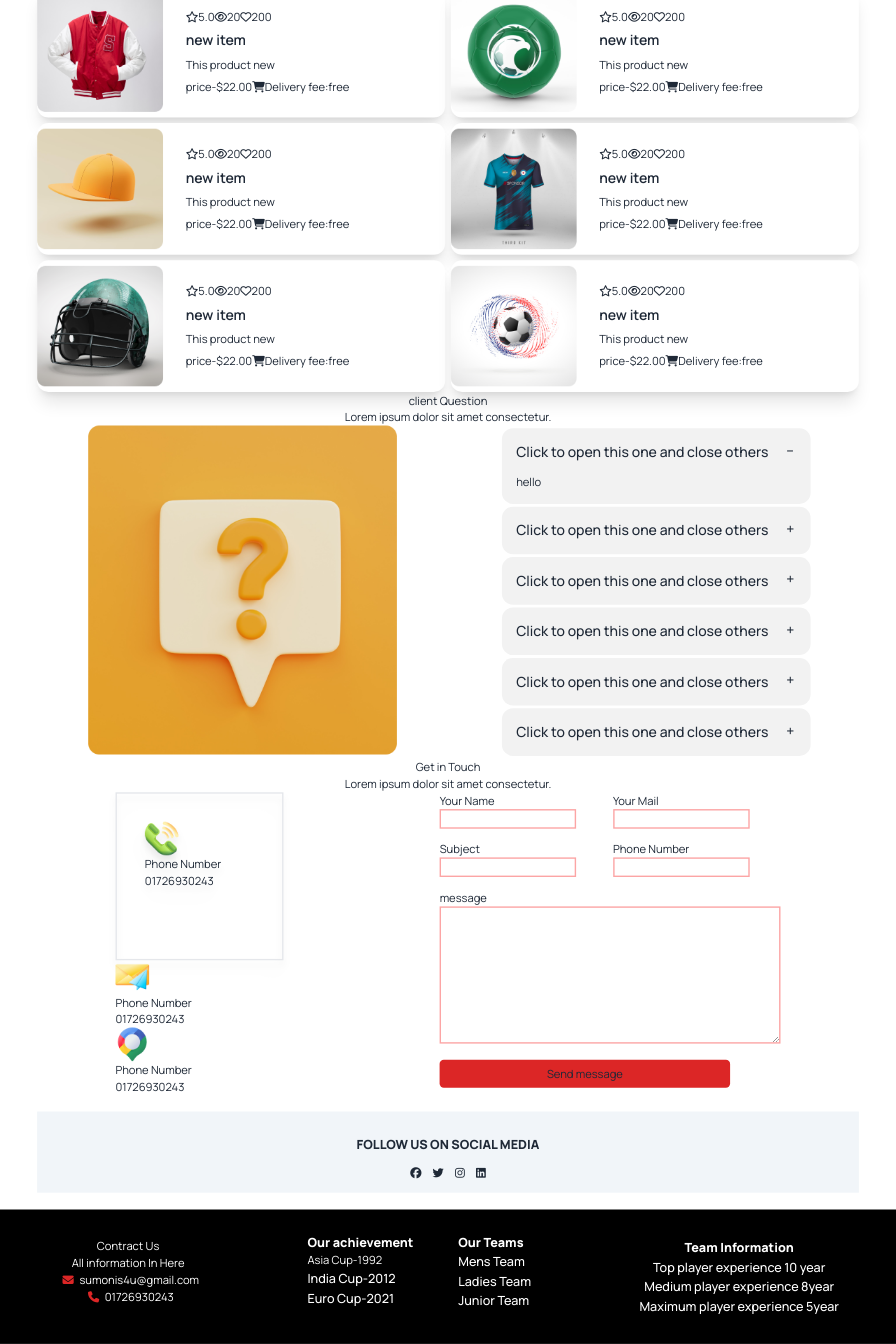
Repository: sumonkumarsarkar/bd-hockeys-team
Page: index.html
These files come from the project's save history. The page is drawn as it stood at one moment and after the next save; the edit follows.
The browser window is 1280 px wide. The pictures show the part of the page from y = 1977 to 3897 px (the page is 3897 px tall), at 70% of full size.
Some web libraries are served in a nearby version.

Above is the page before, as saved 2024-01-24 17:03:54.

After the next save:
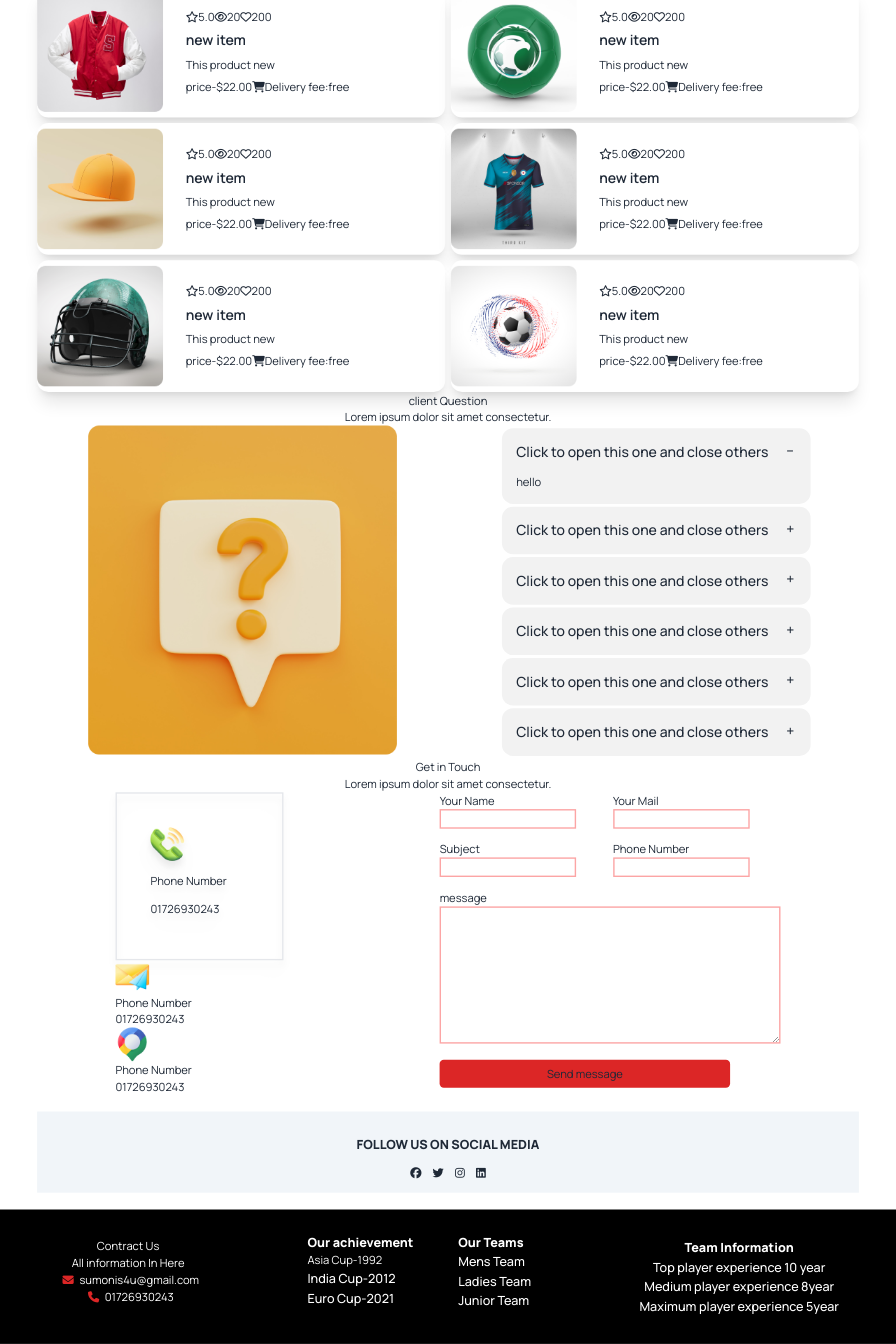
Saved 40 s later.
--- a/index.html
+++ b/index.html
@@ -500,9 +500,9 @@
 
         <!-- card-1  -->
         <div class="drop-shadow-xl bg-[rgba(188, 237, 109, 0.10)] border-2 borede-red w-60 h-60 pt-10 ps-10">
-            <div><img src="./Images/Group 1171275317.png" alt=""></div>
-            <p>Phone Number</p>
-            <p>01726930243</p>
+            <div class="p-2"><img src="./Images/Group 1171275317.png" alt=""></div>
+            <p class="p-2">Phone Number</p>
+            <p class="p-2">01726930243</p>
              </div>
               <!-- card-2  -->
              <div>
